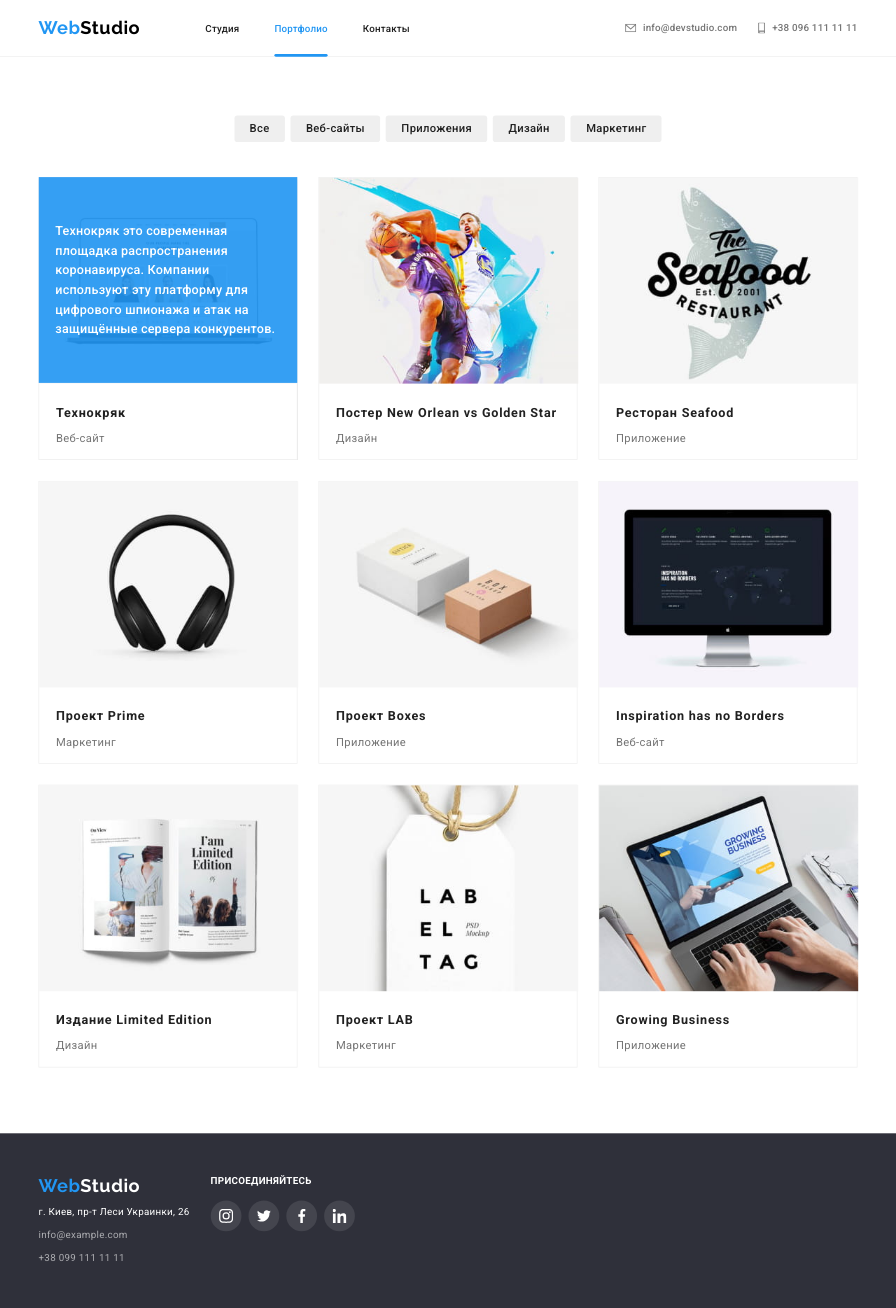
Repository: UliyaKucherernko/home-work-8
Page: porfolio.html
These files come from the project's save history. The page is drawn as it stood at one moment and after the next save; the edit follows.
The browser window is 1280 px wide. The pictures show the whole page, at 70% of full size.
The pointer rests on the first visible `.gallery-card`.

Above is the page before, as saved 2021-04-14 11:19:10.

After the next save:
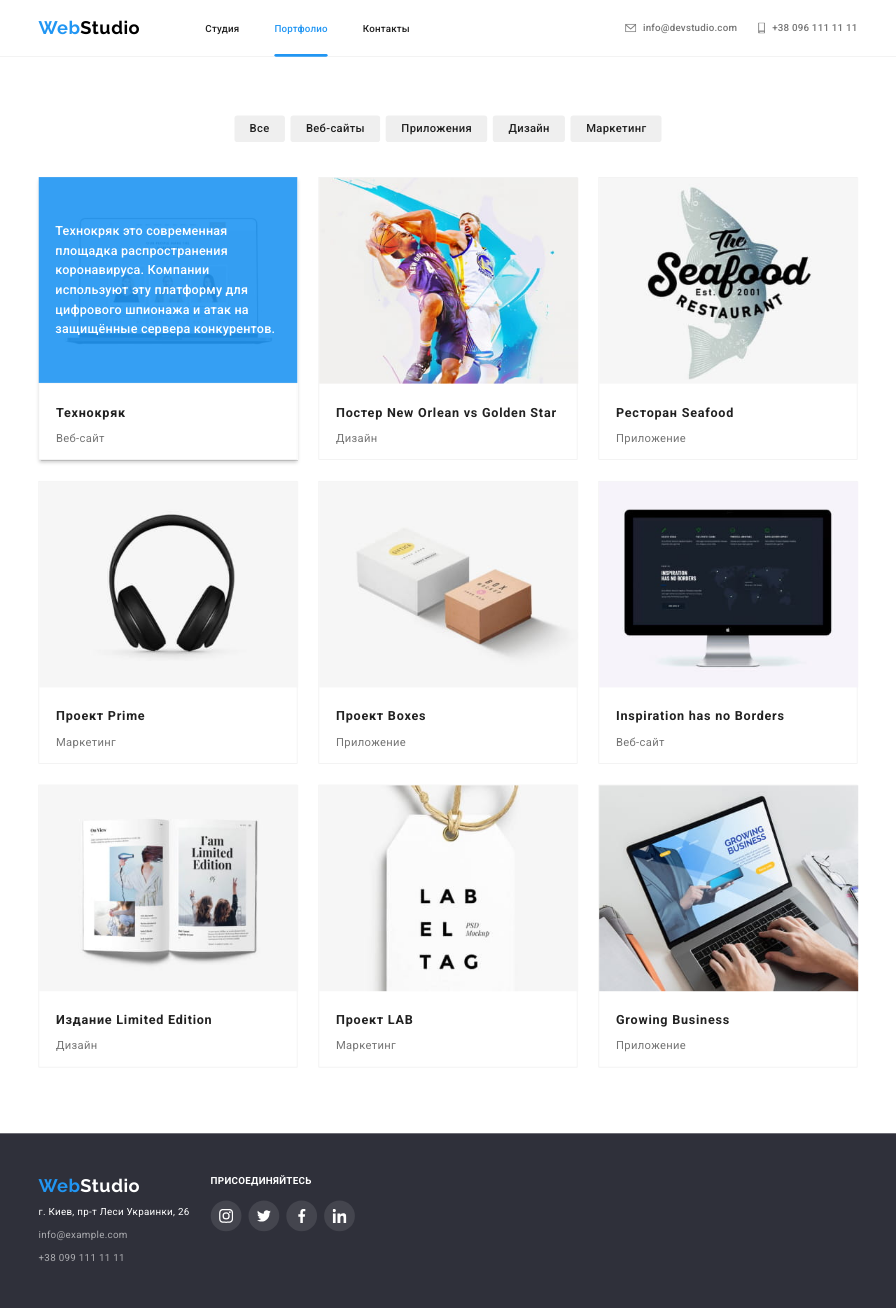
Saved 58 s later.
--- a/css/styles.css
+++ b/css/styles.css
@@ -355,7 +355,7 @@ button:focus {
   background: var(--content-color);
 }
 
-.gallery-card:hover {
+.gallery-thumb:hover {
   opacity: 1;
   box-shadow: 0px 1px 1px rgba(0, 0, 0, 0.12), 0px 4px 4px rgba(0, 0, 0, 0.06),
     1px 4px 6px rgba(0, 0, 0, 0.16);
